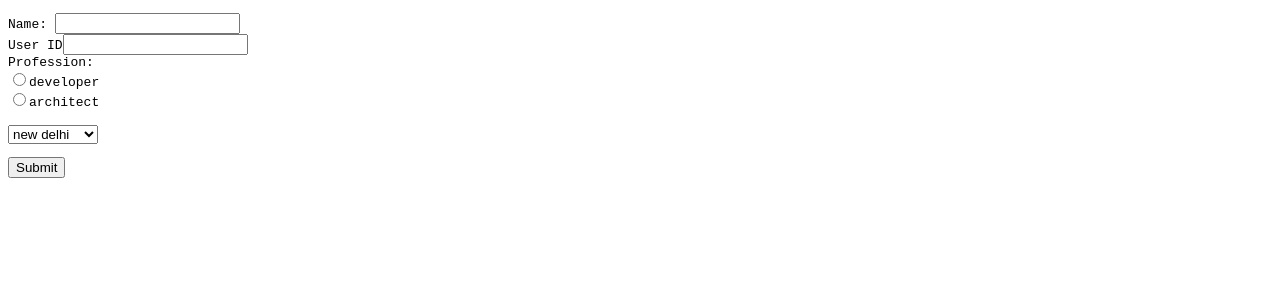
Repository: somakbha/CodeBackUP
Page: JSP-Servlet-by-java-brains/SimpleServletProject/WebContent/PassMoreParam.html
An editor plug-in stored every save of this project. The page is shown before and after the next save, followed by the edit.
The browser window is 1280 px wide. The pictures show the whole page.

Above is the page before, as saved 2019-06-15 10:04:29.

### JSP-Servlet-by-java-brains/SimpleServletProject/WebContent/PassMoreParam.html
<!DOCTYPE html>
<html>
<head>
<meta charset="UTF-8">
<title>Insert title here</title>
</head>
<body>
<form action="./PassMoreParameter" method="post">
<pre>
Name: <input type="text" name="uname"></input>
User ID<input type="text" name="uid"></input>
Profession:
<input type="radio" name="prof" value="deveoloper">developer</input>
<input type="radio" name="prof" value="architect">architect</input>

<select name="location">
 <option value="new delhi">new delhi</option>
 <option value="washington">washington</option>
 </select>
</pre>
<input type="submit" name="submit"></input>

</form>
</body>
</html>

After the next save:
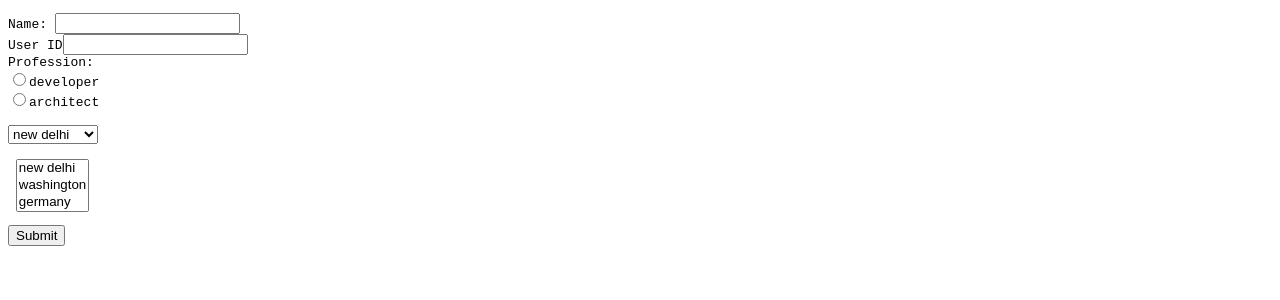
Saved 3 min 30 s later.
--- a/JSP-Servlet-by-java-brains/SimpleServletProject/WebContent/PassMoreParam.html
+++ b/JSP-Servlet-by-java-brains/SimpleServletProject/WebContent/PassMoreParam.html
@@ -17,6 +17,16 @@ Profession:
  <option value="new delhi">new delhi</option>
  <option value="washington">washington</option>
  </select>
+
+ <select name="work-location" multiple size=3>
+ <option value="new delhi">new delhi</option>
+ <option value="washington">washington</option>
+ <option value="washington">germany</option>
+ <option value="washington">italy</option>
+ <option value="washington">bali</option>
+ <option value="washington">mumbai</option>
+ <option value="washington">london</option>
+ </select>
 </pre>
 <input type="submit" name="submit"></input>
 
